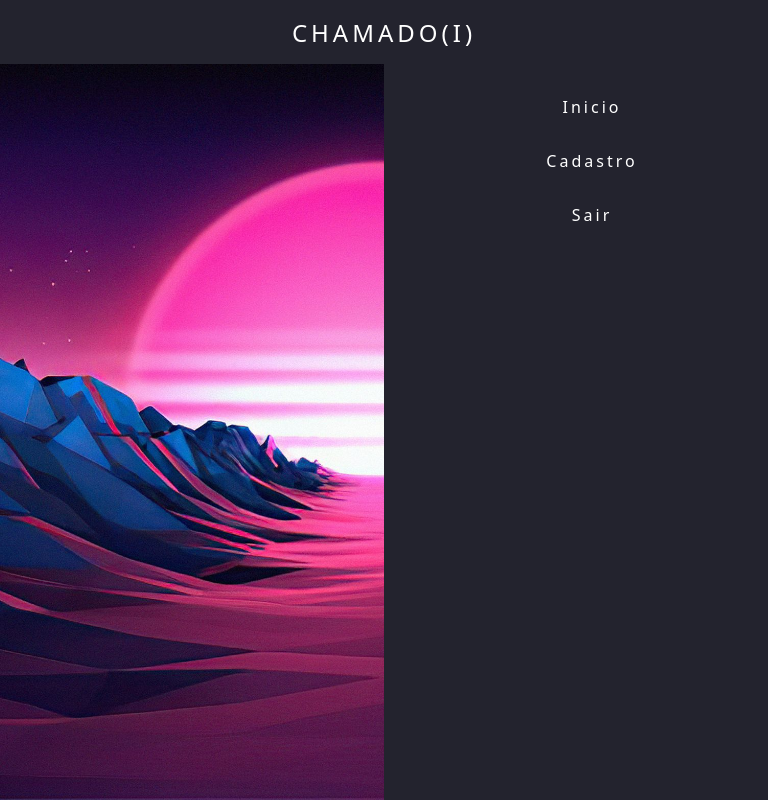
Repository: isaquemc2001/isaque-utilities
Page: index.html
An editor plug-in stored every save of this project. The page is shown before and after the next save, followed by the edit.
The browser window is 768 px wide. The pictures show the whole page.

Above is the page before, as saved 2021-10-28 09:22:04.

### index.html
<!DOCTYPE html>
<html lang="pt-br">

<head>
    <meta charset="UTF-8">
    <meta http-equiv="X-UA-Compatible" content="IE=edge">
    <meta name="viewport" content="width=device-width, initial-scale=1.0">
    <title>Chamado</title>

    <link rel="stylesheet" href="style.css">
</head>

<body>

    <header>
        <nav>
            <a class="logo" href="#">Chamado(i)</a>
            <div class="mobile-menu">
                <div class="line1"></div>
                <div class="line2"></div>
                <div class="line3"></div>
            </div>
            <ul class="nav-list">
                <li><a href="#">Inicio</a></li>
                <li><a href="#">Cadastro</a></li>
                <li><a href="#">Sair</a></li>
            </ul>
        </nav>
    </header>

    <main></main>

</body>

</html>

### style.css
*{
    margin: 0;
    padding: 0;
}

a {
    color: white;
    text-decoration: none;
    transition: 0.3s;
}

a:hover{
    opacity: 0.7;
}

.logo{
    font-size: 24px;
    text-transform: uppercase;
    letter-spacing: 4px;
}

nav{
    display: flex;
    justify-content: space-around;
    align-items: center;
    font-family: system-ui, -apple-system, Helvetica, Arial, sans-serif;
    background: #23232e;
    height: 8vh;
}

main{
    background: url("bg.jpg") no-repeat center center;
    background-size: cover;
    height: 92vh;
}

.nav-list{
    list-style: none;
    display: flex;
}

.nav-list li{
    letter-spacing: 3px;
    margin-left: 32px;
}

.mobile-menu {
    display: none;
    cursor: pointer;
}

.mobile-menu div {
    width: 32px;
    height: 2px;
    background: #fff;
    margin: 8px;
}

@media (max-width: 999px) {
    .nav-list {
        position: absolute;
        top: 8vh;
        right: 0;
        width: 50vw;
        height: 92vh;
        background: #23232e;
        flex-direction: column;
        align-items: center;
    }
    .nav-list li{
        letter-spacing: 3px;
        margin-top: 32px;
    }
}

After the next save:
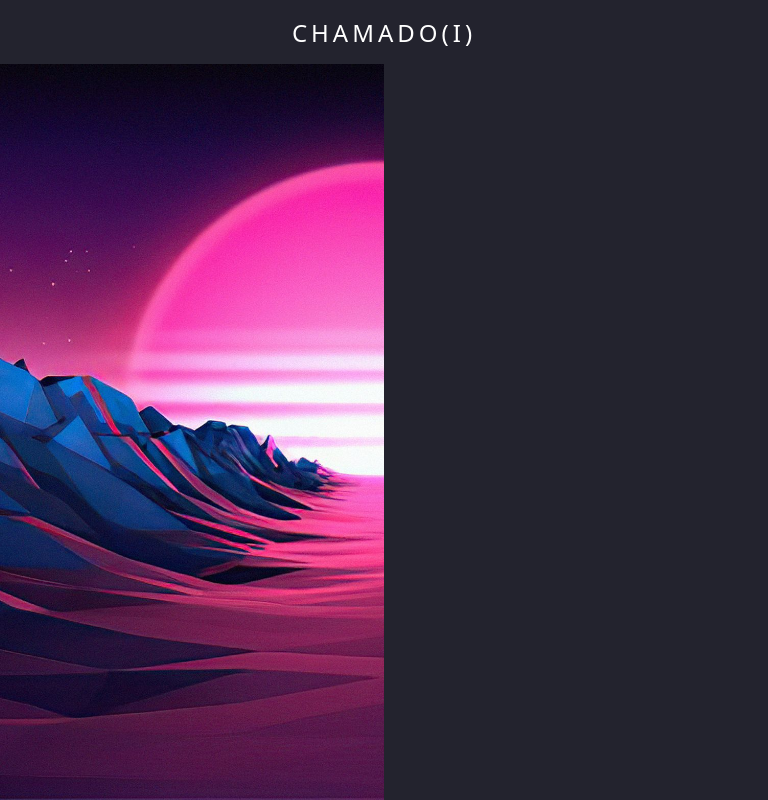
Saved 53 s later.
--- a/style.css
+++ b/style.css
@@ -68,6 +68,8 @@ main{
         align-items: center;
     }
     .nav-list li{
+        margin-left: 0;
+        opacity: 0;
         letter-spacing: 3px;
         margin-top: 32px;
     }
